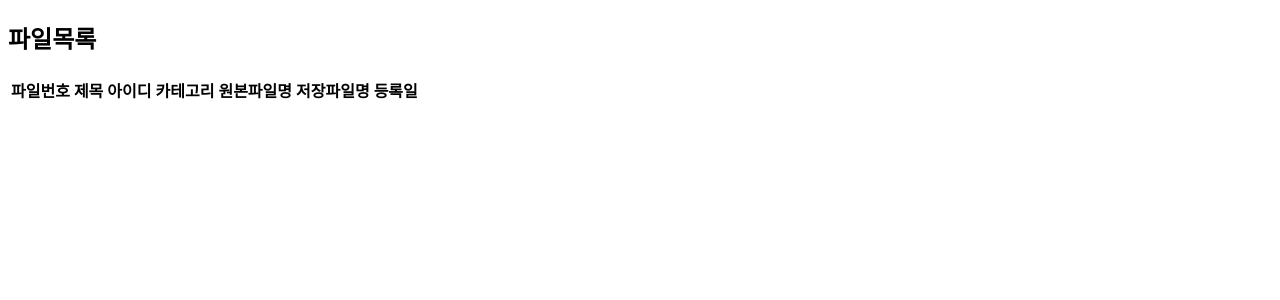
Repository: allely/spring
Page: http://localhost/jsp/upload/list
The author's editor kept a copy of each file at every save. The page is drawn from the files as they stood at one save, then again after the next save.
The browser window is 1280 px wide. The pictures show the whole page.
The page is served by Tomcat 9. Other server files are loaded and not shown. Queries for data that is not in the repository find no rows.

Above is the page before, as saved 2023-11-27 07:56:07.

### 2. 서블릿 & JSP/jsp/jsp/src/main/webapp/10.upload/list.jsp
<%@ page language="java" contentType="text/html; charset=UTF-8"
    pageEncoding="UTF-8"%>
<%@taglib prefix="c" uri="http://java.sun.com/jsp/jstl/core"  %>
<!DOCTYPE html>
<html>
<head>
<meta charset="UTF-8">
<title>Insert title here</title>
</head>
<body>
	<h2>파일목록</h2>
	<table>
			<tr>
				<th>파일번호</th>
				<th>제목</th>
				<th>아이디</th>
				<th>카테고리</th>
				<th>원본파일명</th>
				<th>저장파일명</th>
				<th>등록일</th>
			</tr>
		<c:forEach items="${list}" var="fileDto" >
			<tr>
				<td>${fileDto.file_no }</td>
				<td>${fileDto.name }</td>
				<td>${fileDto.title }</td>
				<td>${fileDto.cate }</td>
				<td>${fileDto.ofile }</td>
				<td>${fileDto.sfile }</td>
				<td>${fileDto.postdate }</td>
			</tr>
		</c:forEach>
	</table>
</body>
</html>

### 2. 서블릿 & JSP/jsp/jsp/src/main/java/com/me/book/controller/UploadListController.java
package com.me.book.controller;

import java.io.IOException;
import java.util.List;

import javax.servlet.ServletException;
import javax.servlet.annotation.WebServlet;
import javax.servlet.http.HttpServlet;
import javax.servlet.http.HttpServletRequest;
import javax.servlet.http.HttpServletResponse;

import com.me.dao.FileDao;
import com.me.dto.FileDto;


@WebServlet("/upload/list")
public class UploadListController extends HttpServlet {
	private static final long serialVersionUID = 1L;

	/**
	 * 첨부파일으 목록을 조회하여 반환한다.
	 */
	protected void doGet(HttpServletRequest request, HttpServletResponse response) throws ServletException, IOException {

		// 파일 목록을 조회
		FileDao dao = new FileDao();
		List<FileDto> list = dao.getList();
		dao.close();

		System.out.println(list);
		request.setAttribute("list", list);

		request.getRequestDispatcher("/10.upload/list.jsp").forward(request, response);
	}

	protected void doPost(HttpServletRequest request, HttpServletResponse response) throws ServletException, IOException {

		doGet(request, response);
	}

}

### 2. 서블릿 & JSP/jsp/jsp/src/main/java/com/me/common/DBConnPool.java
package com.me.common;

import java.sql.Connection;
import java.sql.PreparedStatement;
import java.sql.ResultSet;
import java.sql.SQLException;
import java.sql.Statement;

import javax.naming.Context;
import javax.naming.InitialContext;
import javax.naming.NamingException;
import javax.sql.DataSource;

public class DBConnPool {
	public Connection con;
	public Statement stmt;
	public PreparedStatement pstmt;
	public ResultSet rs;

	public DBConnPool() {

		try {
			// JNDI를 통해 커넥션을 얻어오기

			Context initContext = new InitialContext();
			Context envContext  = (Context)initContext.lookup("java:/comp/env");
			DataSource ds = (DataSource)envContext.lookup("jdbc/myoracle");
			// 커넥션풀을 통해 연결 객체를 멤버변수 con에 담아준다.
			con = ds.getConnection();
			System.out.println("확인 : " + con);

		} catch (NamingException e) {
			System.out.println("===============DBConnPool NamingException");
			e.printStackTrace();
		} catch (SQLException e) {
			System.out.println("===============DBConnPool SQLException");
			e.printStackTrace();
		}
	}

	/**
	 * 연결해제(자원반납)
	 */
	public void close() {
		try {
			if(rs != null) rs.close();
			if(pstmt != null) pstmt.close();
			if(stmt != null) stmt.close();
			if(con != null) con.close();
			System.out.println("자원 반납 성공");

		} catch(Exception e){
			System.out.println("자원 반납 중 예외가 발생했습니다.");
			e.printStackTrace();
		}
	}
	/**
	 * 페이지쿼리를 생성해주는 메서드
	 * @param sql
	 * @return
	 */
	public String pageingQuery(String sql) {
		String before = "SELECT * \n"
				+ "	FROM 	(SELECT B.* ,ROWNUM RNUM\r\n"
				+ "        		FROM    (";
		String after = "		) B\r\n"
				+ " 	)\r\n"
				+ "WHERE RNUM BETWEEN ? AND ?";
		return before + sql + after;
	}
}

### 2. 서블릿 & JSP/jsp/jsp/src/main/java/com/me/dao/FileDao.java
package com.me.dao;

import java.sql.SQLException;
import java.util.ArrayList;
import java.util.List;

import com.me.common.DBConnPool;
import com.me.dto.FileDto;

public class FileDao extends DBConnPool{

	public int regFile(FileDto fileDto) {
		int res = 0;
		String sql = "INSERT INTO tbl_file (  file_no, name, title, cate, ofile, sfile)\r\n"
				+ "VALUES ( seq_tbl_file.nextval, '?', '?', '?', '?', '?')";
		try {
			pstmt = con.prepareStatement(sql);

			pstmt.setString(1, fileDto.getName());
			pstmt.setString(2, fileDto.getTitle());
			pstmt.setString(3, fileDto.getCate());
			pstmt.setString(4, fileDto.getOfile());
			pstmt.setString(5, fileDto.getSfile());

			res = pstmt.executeUpdate();
		} catch (SQLException e) {
			e.printStackTrace();
		}
		return res;
	}

	public List<FileDto> getList() {
		List<FileDto> list = new ArrayList<>();
		String sql = "SELECT * FROM tbl_file ORDER BY file_no DESC";

		try {
			pstmt = con.prepareStatement(sql);
			// 결과 집합
			rs = pstmt.executeQuery();
			while(rs.next()) {
				FileDto dto = new FileDto();
				dto.setFile_no(rs.getInt("file_no"));
				dto.setName(rs.getString("name"));
				dto.setTitle(rs.getString("title"));
				dto.setCate(rs.getString("name"));
				dto.setOfile(rs.getString("ofile"));
				dto.setSfile(rs.getString("sfile"));
				dto.setPostdate(rs.getString("postdate"));

				list.add(dto);
			}
		} catch (SQLException e) {
			e.printStackTrace();
		}


		return list;
	}
}

After the next save:
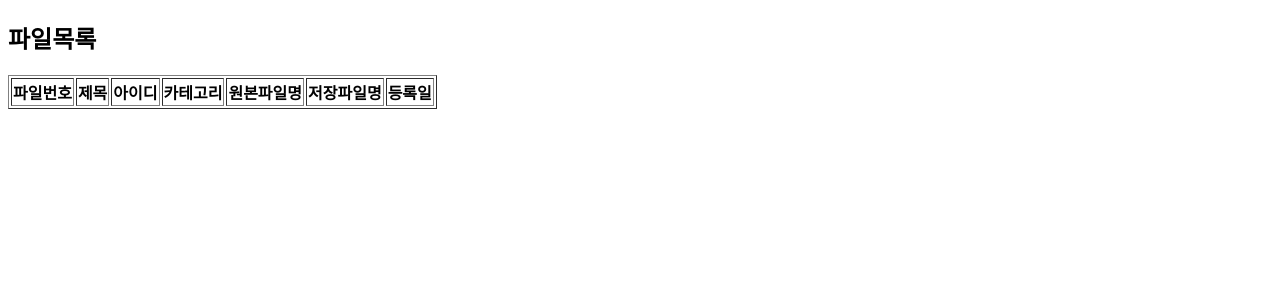
Saved 8 s later.
--- a/2. 서블릿 & JSP/jsp/jsp/src/main/webapp/10.upload/list.jsp
+++ b/2. 서블릿 & JSP/jsp/jsp/src/main/webapp/10.upload/list.jsp
@@ -9,7 +9,7 @@
 </head>
 <body>
 	<h2>파일목록</h2>
-	<table>
+	<table border>
 			<tr>
 				<th>파일번호</th>
 				<th>제목</th>

After the save that followed:
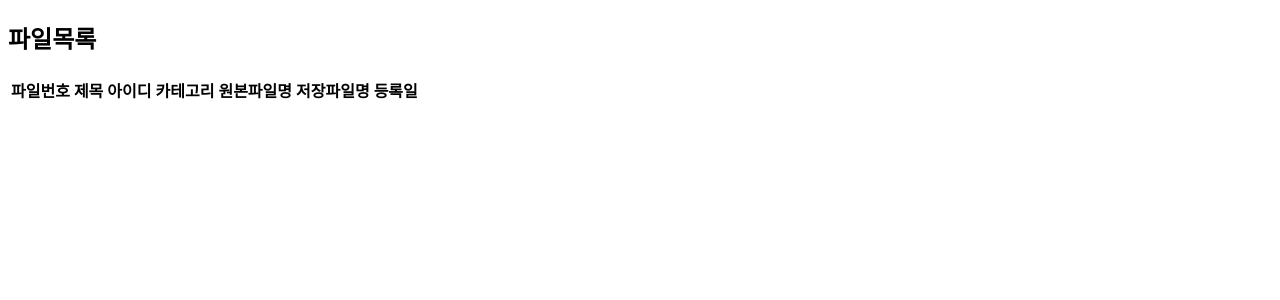
Saved 11 s later.
--- a/2. 서블릿 & JSP/jsp/jsp/src/main/webapp/10.upload/list.jsp
+++ b/2. 서블릿 & JSP/jsp/jsp/src/main/webapp/10.upload/list.jsp
@@ -9,7 +9,7 @@
 </head>
 <body>
 	<h2>파일목록</h2>
-	<table border>
+	<table>
 			<tr>
 				<th>파일번호</th>
 				<th>제목</th>
